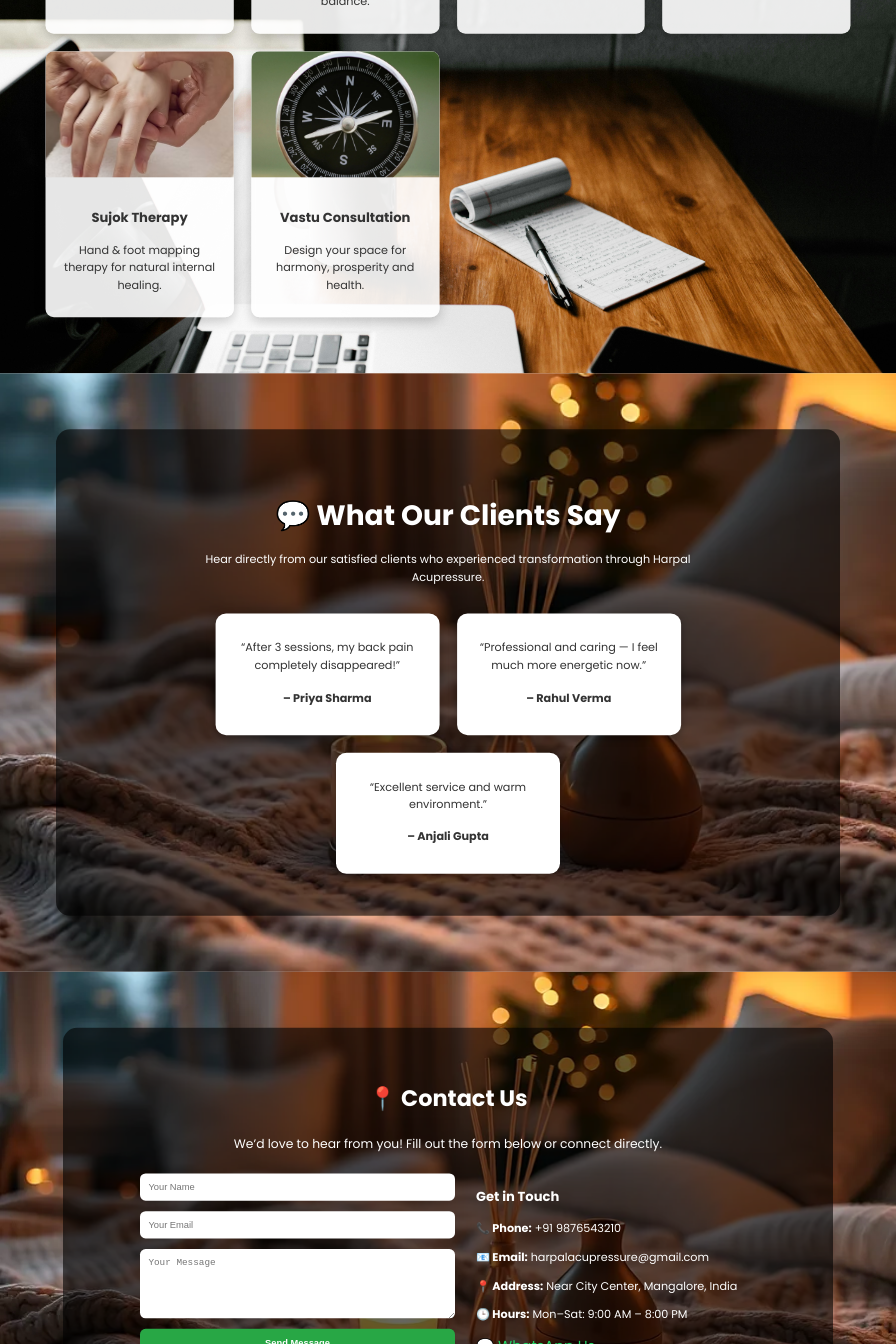
Repository: swasthiik/my-websites
Page: index.html
An editor plug-in stored every save of this project. The page is shown before and after the next save, followed by the edit.
The browser window is 1280 px wide. The pictures show the part of the page from y = 2386 to 4306 px (the page is 4632 px tall), at 70% of full size.
Backgrounds fixed to the window are drawn as part of the page.

Above is the page before, as saved 2025-10-27 23:55:30.

After the next save:
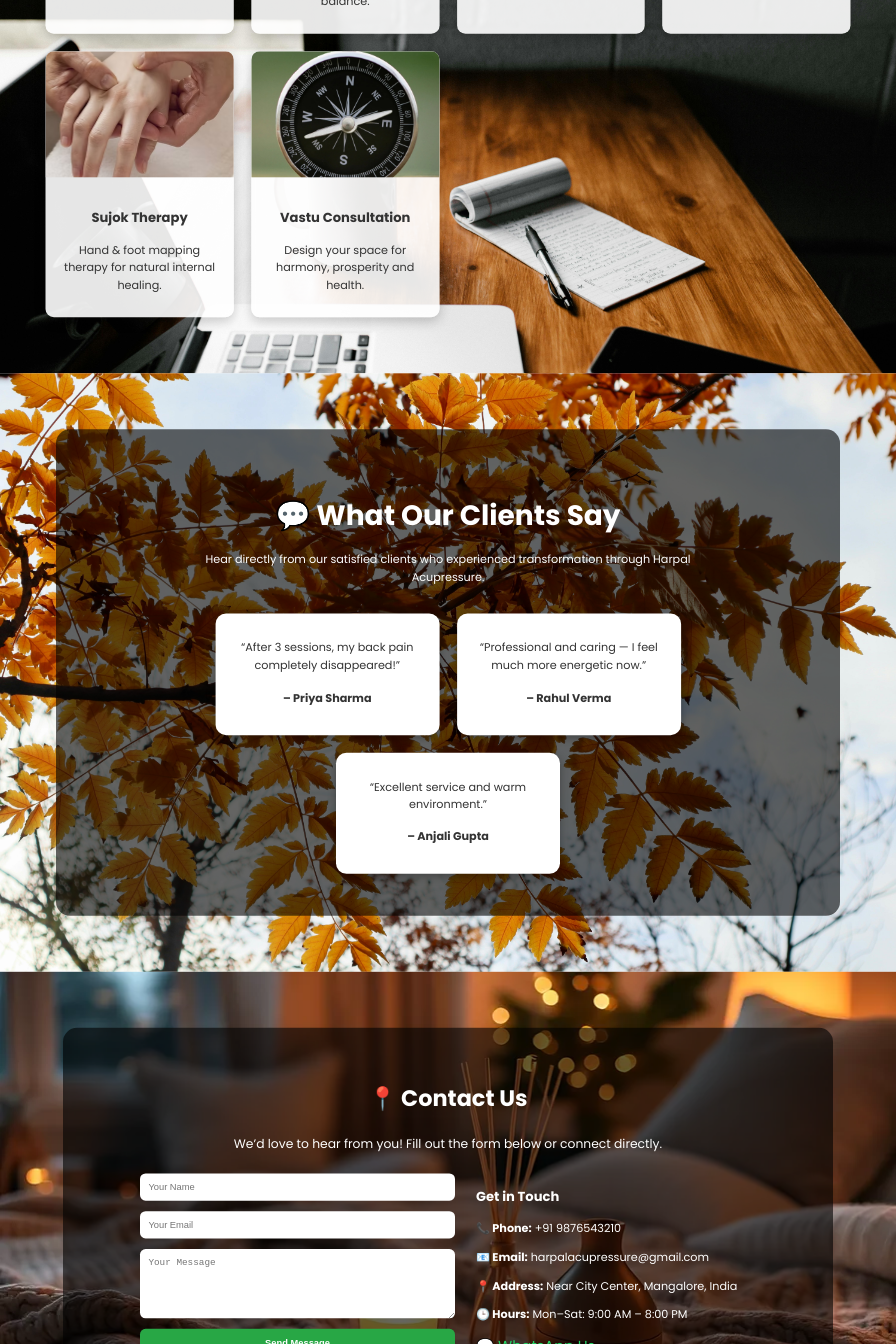
Saved 20 s later.
--- a/index.html
+++ b/index.html
@@ -149,7 +149,7 @@
   </section>
 
   <!-- 🔹 TESTIMONIALS SECTION -->
-  <section id="testimonials" style="background:url('images/background4.jpg') center/cover no-repeat; background-attachment: fixed; color:#fff; padding:80px 20px;text-align:center;">
+  <section id="testimonials" style="background:url('images/background3.jpg') center/cover no-repeat; background-attachment: fixed; color:#fff; padding:80px 20px;text-align:center;">
     <div style="background:rgba(0,0,0,0.6);padding:60px;border-radius:20px;max-width:1000px;margin:auto;">
       <h2 style="font-size:2.5rem;margin-bottom:20px;">💬 What Our Clients Say</h2>
       <p style="max-width:750px;margin:20px auto;">Hear directly from our satisfied clients who experienced transformation through Harpal Acupressure.</p>
